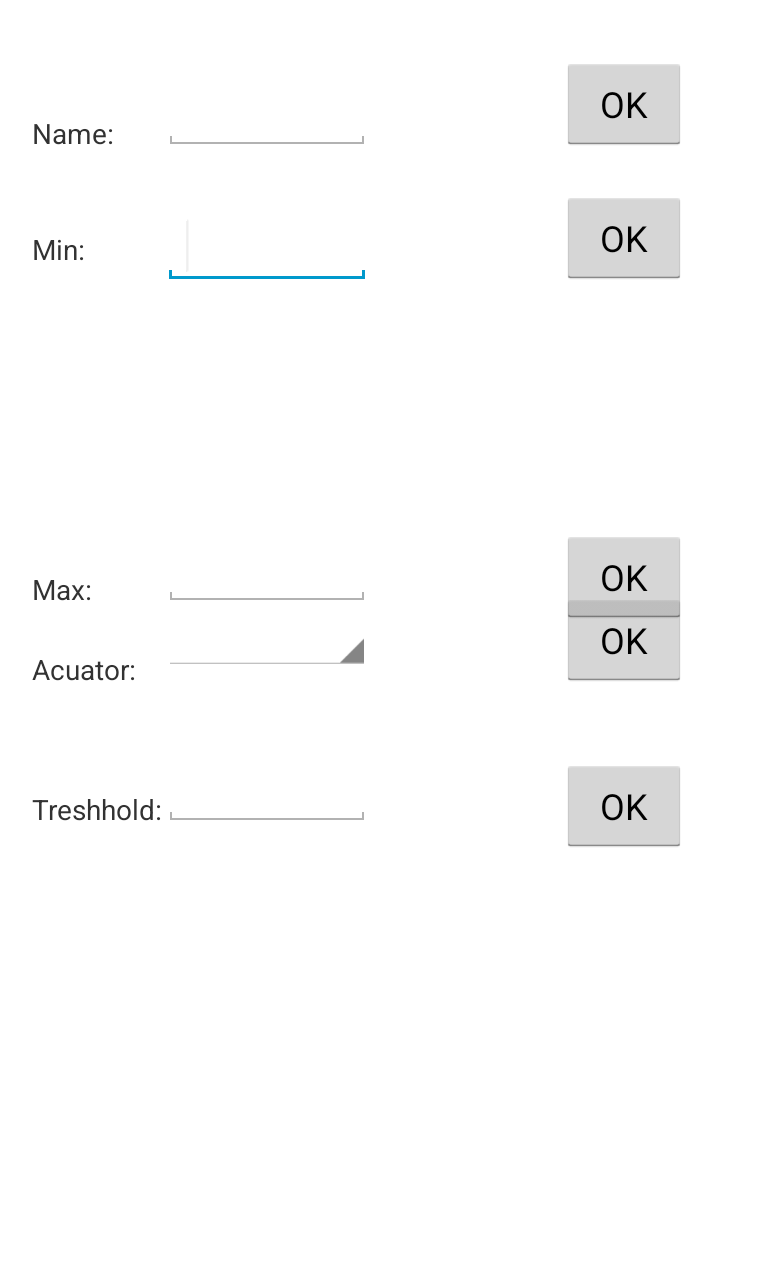
Repository: CTIS-SP-Team5/greenAgent
Layout: Android/GreenAgent/GreenAgent/res/layout/activity_view_setting.xml
These files come from the project's save history. The layout is drawn as it stood at one moment and after the next save; the edit follows.
It is drawn on a 768 x 1280 px phone screen (xhdpi) without system bars, with theme AppTheme; the app's code is not run.

Above is the layout before, as saved 2014-05-05 18:13:18.

### Android/GreenAgent/GreenAgent/res/layout/activity_view_setting.xml
<RelativeLayout xmlns:android="http://schemas.android.com/apk/res/android"
    xmlns:tools="http://schemas.android.com/tools"
    android:layout_width="match_parent"
    android:layout_height="match_parent"
    android:paddingBottom="@dimen/activity_vertical_margin"
    android:paddingLeft="@dimen/activity_horizontal_margin"
    android:paddingRight="@dimen/activity_horizontal_margin"
    android:paddingTop="@dimen/activity_vertical_margin"
    tools:context=".ViewSettingActivity" >

    <TextView
        android:id="@+id/textView1"
        android:layout_width="wrap_content"
        android:layout_height="wrap_content"
        android:layout_alignLeft="@+id/textView2"
        android:layout_below="@+id/textView2"
        android:layout_marginTop="39dp"
        android:text="Min:" />

    <TextView
        android:id="@+id/textView2"
        android:layout_width="wrap_content"
        android:layout_height="wrap_content"
        android:layout_alignParentTop="true"
        android:layout_marginTop="41dp"
        android:text="Name:" />

    <EditText
        android:id="@+id/editText1"
        android:layout_width="wrap_content"
        android:layout_height="wrap_content"
        android:layout_alignBottom="@+id/textView2"
        android:layout_toRightOf="@+id/textView5"
        android:ems="5" />

    <EditText
        android:id="@+id/editText2"
        android:layout_width="wrap_content"
        android:layout_height="wrap_content"
        android:layout_alignBaseline="@+id/textView1"
        android:layout_alignBottom="@+id/textView1"
        android:layout_alignLeft="@+id/editText1"
        android:ems="5" >

        <requestFocus />
    </EditText>

    <Spinner
        android:id="@+id/spinner1"
        android:layout_width="wrap_content"
        android:layout_height="wrap_content"
        android:layout_alignLeft="@+id/editText5"
        android:layout_alignRight="@+id/editText5"
        android:layout_centerVertical="true" />

    <Button
        android:id="@+id/button2"
        android:layout_width="wrap_content"
        android:layout_height="wrap_content"
        android:layout_alignBottom="@+id/editText2"
        android:layout_alignLeft="@+id/button1"
        android:text="OK" />

    <Button
        android:id="@+id/button1"
        android:layout_width="wrap_content"
        android:layout_height="wrap_content"
        android:layout_alignBottom="@+id/editText1"
        android:layout_alignParentRight="true"
        android:layout_marginRight="24dp"
        android:text="OK" />

    <Button
        android:id="@+id/button5"
        android:layout_width="wrap_content"
        android:layout_height="wrap_content"
        android:layout_alignBaseline="@+id/textView5"
        android:layout_alignBottom="@+id/textView5"
        android:layout_alignLeft="@+id/button4"
        android:text="OK" />

    <Button
        android:id="@+id/button4"
        android:layout_width="wrap_content"
        android:layout_height="wrap_content"
        android:layout_alignLeft="@+id/button3"
        android:layout_centerVertical="true"
        android:text="OK" />

    <EditText
        android:id="@+id/editText5"
        android:layout_width="wrap_content"
        android:layout_height="wrap_content"
        android:layout_alignBottom="@+id/textView5"
        android:layout_alignLeft="@+id/editText3"
        android:ems="5" />

    <TextView
        android:id="@+id/textView4"
        android:layout_width="wrap_content"
        android:layout_height="wrap_content"
        android:layout_alignBottom="@+id/button4"
        android:layout_alignLeft="@+id/textView3"
        android:text="Acuator:" />

    <TextView
        android:id="@+id/textView5"
        android:layout_width="wrap_content"
        android:layout_height="wrap_content"
        android:layout_alignLeft="@+id/textView4"
        android:layout_below="@+id/spinner1"
        android:layout_marginTop="59dp"
        android:text="Treshhold:" />

    <EditText
        android:id="@+id/editText3"
        android:layout_width="wrap_content"
        android:layout_height="wrap_content"
        android:layout_above="@+id/spinner1"
        android:layout_alignLeft="@+id/editText2"
        android:ems="5" />

    <TextView
        android:id="@+id/textView3"
        android:layout_width="wrap_content"
        android:layout_height="wrap_content"
        android:layout_above="@+id/spinner1"
        android:layout_alignLeft="@+id/textView1"
        android:text="Max:" />

    <Button
        android:id="@+id/button3"
        android:layout_width="wrap_content"
        android:layout_height="wrap_content"
        android:layout_alignLeft="@+id/button2"
        android:layout_alignTop="@+id/editText3"
        android:text="OK" />

</RelativeLayout>

Loaded but not shown: Android/GreenAgent/GreenAgent/res/values/styles.xml (common file); Android/GreenAgent/GreenAgent/res/values-v11/styles.xml (common file); Android/GreenAgent/GreenAgent/res/values-v14/styles.xml (common file); Android/GreenAgent/GreenAgent/res/values/dimens.xml (common file)

After the next save:
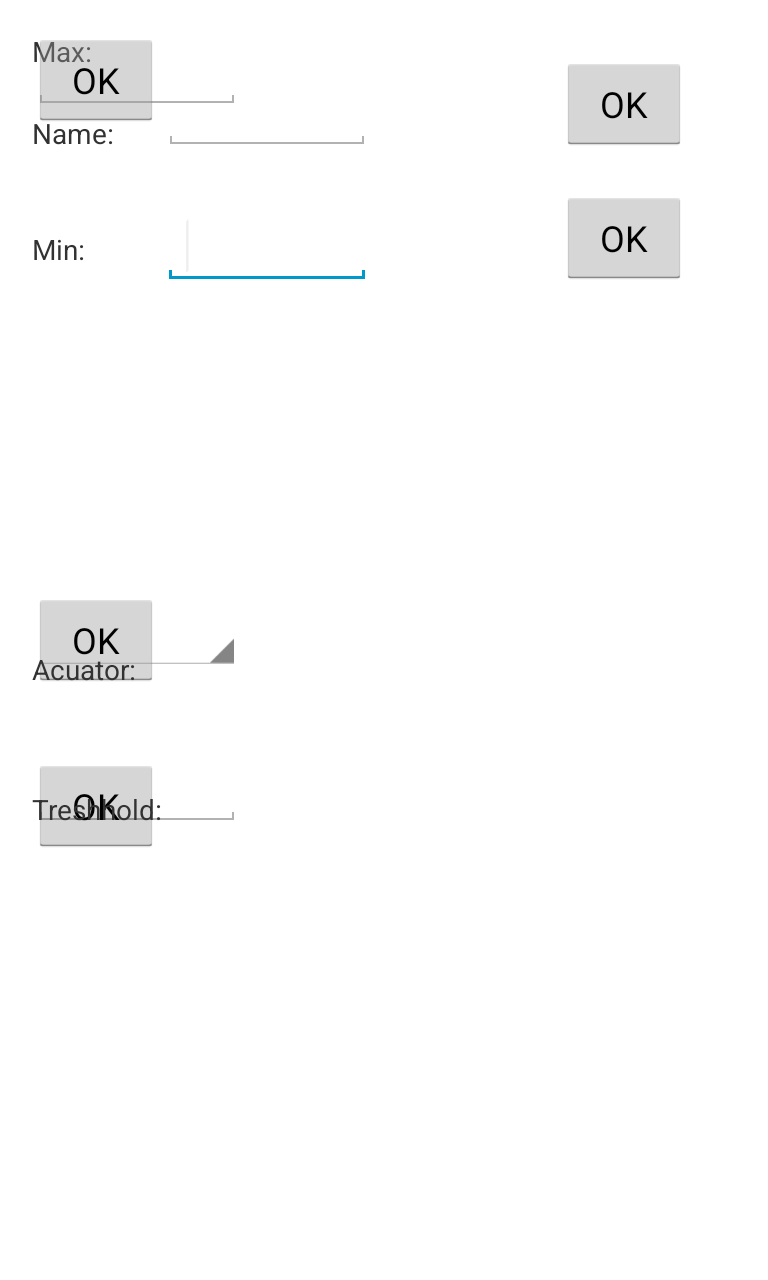
Saved 38 s later.
--- a/Android/GreenAgent/GreenAgent/res/layout/activity_view_setting.xml
+++ b/Android/GreenAgent/GreenAgent/res/layout/activity_view_setting.xml
@@ -116,24 +116,21 @@
         android:id="@+id/editText3"
         android:layout_width="wrap_content"
         android:layout_height="wrap_content"
-        android:layout_above="@+id/spinner1"
-        android:layout_alignLeft="@+id/editText2"
+
         android:ems="5" />
 
     <TextView
         android:id="@+id/textView3"
         android:layout_width="wrap_content"
         android:layout_height="wrap_content"
-        android:layout_above="@+id/spinner1"
-        android:layout_alignLeft="@+id/textView1"
+
         android:text="Max:" />
 
     <Button
         android:id="@+id/button3"
         android:layout_width="wrap_content"
         android:layout_height="wrap_content"
-        android:layout_alignLeft="@+id/button2"
-        android:layout_alignTop="@+id/editText3"
+
         android:text="OK" />
 
 </RelativeLayout>
